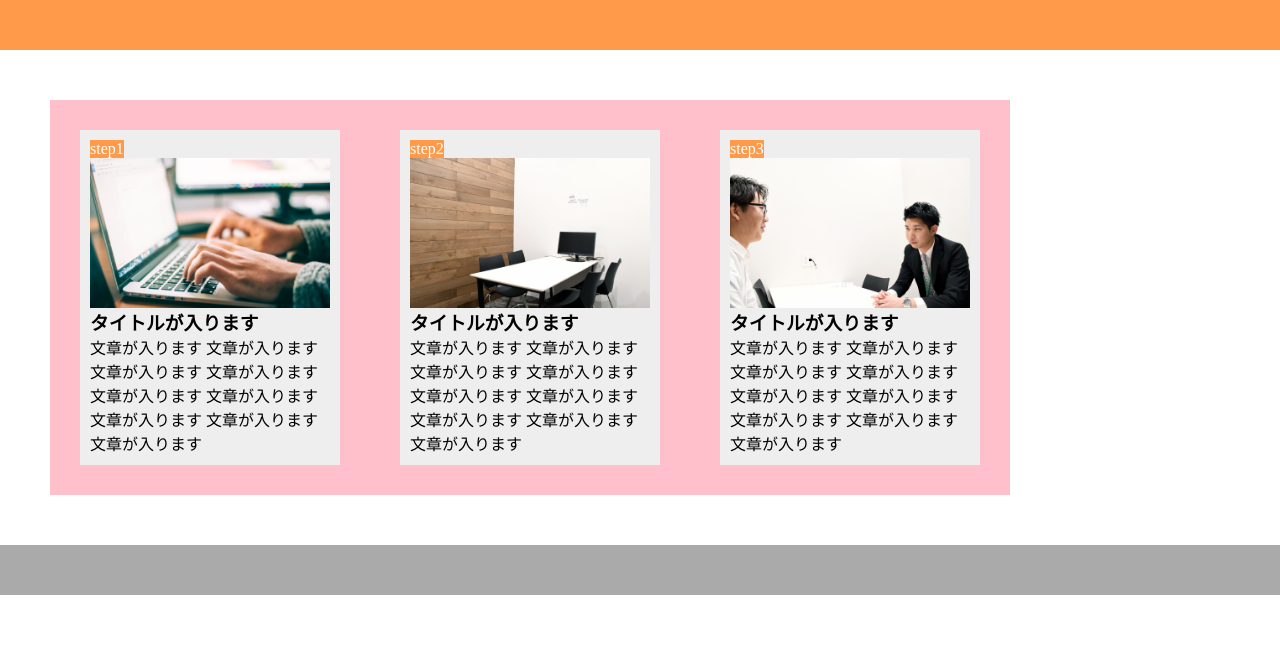
Repository: shizuki-okuma/dmm-webcamp
Page: chapter9_exercise/chapter9_exercise.html
The author's editor kept a record of every edit. The page is drawn from the files as they stood at one moment, then again after the next edit.
The browser window is 1280 px wide. The pictures show the whole page.

Above is the page before.

### chapter9_exercise/chapter9_exercise.html
<!DOCTYPE html>
<html lang="ja">
  <head>
    <meta charset="UTF-8" />
    <!-- CSSファイルの読み込み -->
    <link rel="stylesheet" href="style9.css" />
    <title>chapter9_exercise</title>
  </head>

  <body>
    <div class="header"></div>
    <div class="main-visual">
      <div class="main-box1">
        <div class="icon">step1</div>
        <div class="image1"></div>
        <h3>タイトルが入ります</h3>
        <p>文章が入ります 文章が入ります 文章が入ります 文章が入ります 文章が入ります 文章が入ります 文章が入ります 文章が入ります 文章が入ります</p>
      </div>

      <div class="main-box2">
        <div class="icon">step2</div>
        <div class="image2"></div>
        <h3>タイトルが入ります</h3>
        <p>文章が入ります 文章が入ります 文章が入ります 文章が入ります 文章が入ります 文章が入ります 文章が入ります 文章が入ります 文章が入ります</p>
      </div>

      <div class="main-box3">
        <div class="icon">step3</div>
        <div class="image3"></div>
        <h3>タイトルが入ります</h3>
        <p>文章が入ります 文章が入ります 文章が入ります 文章が入ります 文章が入ります 文章が入ります 文章が入ります 文章が入ります 文章が入ります</p>
      </div>
    </div>
    <footer>

    </footer>

  </body>
</html>

### chapter9_exercise/style9.css
* {
  margin: 0;
  padding: 0;
  box-sizing: border-box;
}

.header {
  background-color: #FF9A4B;
  height: 50px;
}
.main-visual {
  width: 960px;
  background-color: pink;
  display: flex;
  justify-content: center;
  margin: 50px;
}

.icon {
  background-color: #FF9A4B;
  display: inline-block;
  color: white;
}
.heading {
  margin-top: 15px;
  margin-bottom: 5px;
}
.main-box1 {
  width: 300px;
  background-color: #EEEEEE;
  margin: 30px;
  padding: 10px;


}
.image1 {
  background-image: url(img/flow01.png);
  background-size: cover;
  background-position: center;
  height: 150px;
}
.main-box2 {
  width: 300px;
  background-color: #EEEEEE;
  margin: 30px;
  padding: 10px;
}
.image2 {
  background-image: url(img/flow02.png);
  background-size: cover;
  background-position: center;
  height: 150px;
}
.main-box3 {
  width: 300px;
  background-color: #EEEEEE;
  margin: 30px;
  padding: 10px;
}

.image3 {
  height: 150px;
  background-image: url(img/flow03.png);
  background-size: cover;
  background-position: center;

}
footer {
  background-color: #AAAAAA;
  height: 50px;
}

After the next edit:
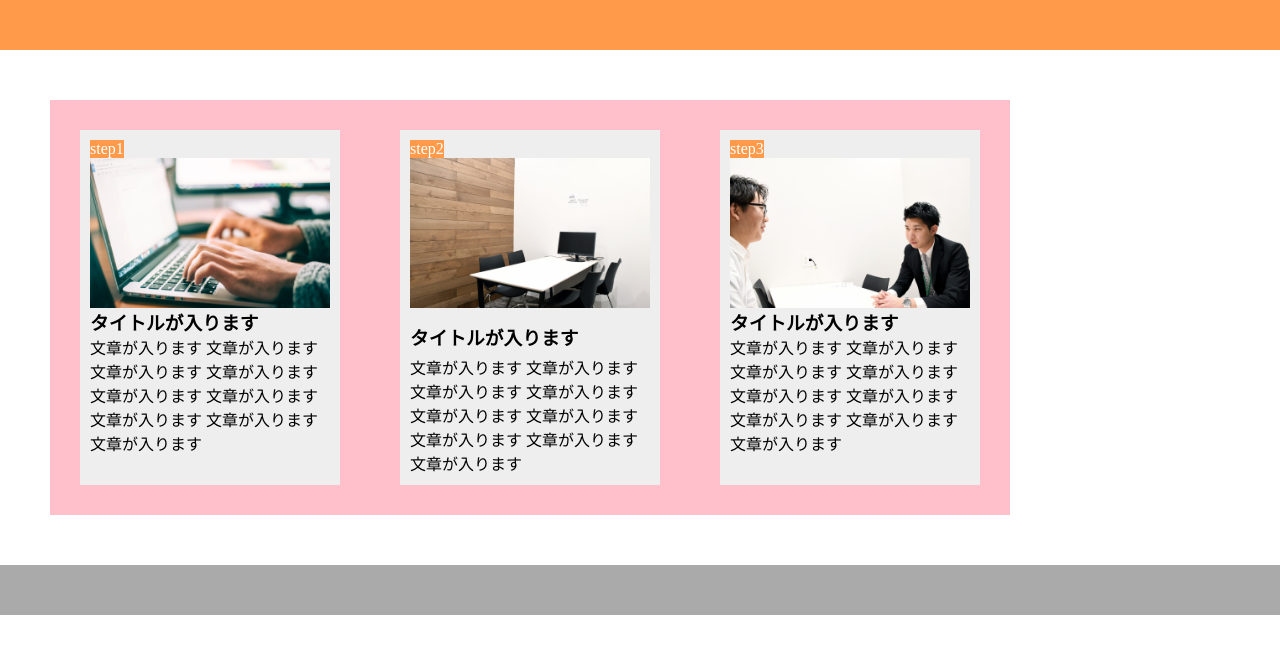
The edit:
--- a/chapter9_exercise/chapter9_exercise.html
+++ b/chapter9_exercise/chapter9_exercise.html
@@ -20,7 +20,7 @@
       <div class="main-box2">
         <div class="icon">step2</div>
         <div class="image2"></div>
-        <h3>タイトルが入ります</h3>
+        <h3 class="heading">タイトルが入ります</h3>
         <p>文章が入ります 文章が入ります 文章が入ります 文章が入ります 文章が入ります 文章が入ります 文章が入ります 文章が入ります 文章が入ります</p>
       </div>
 
